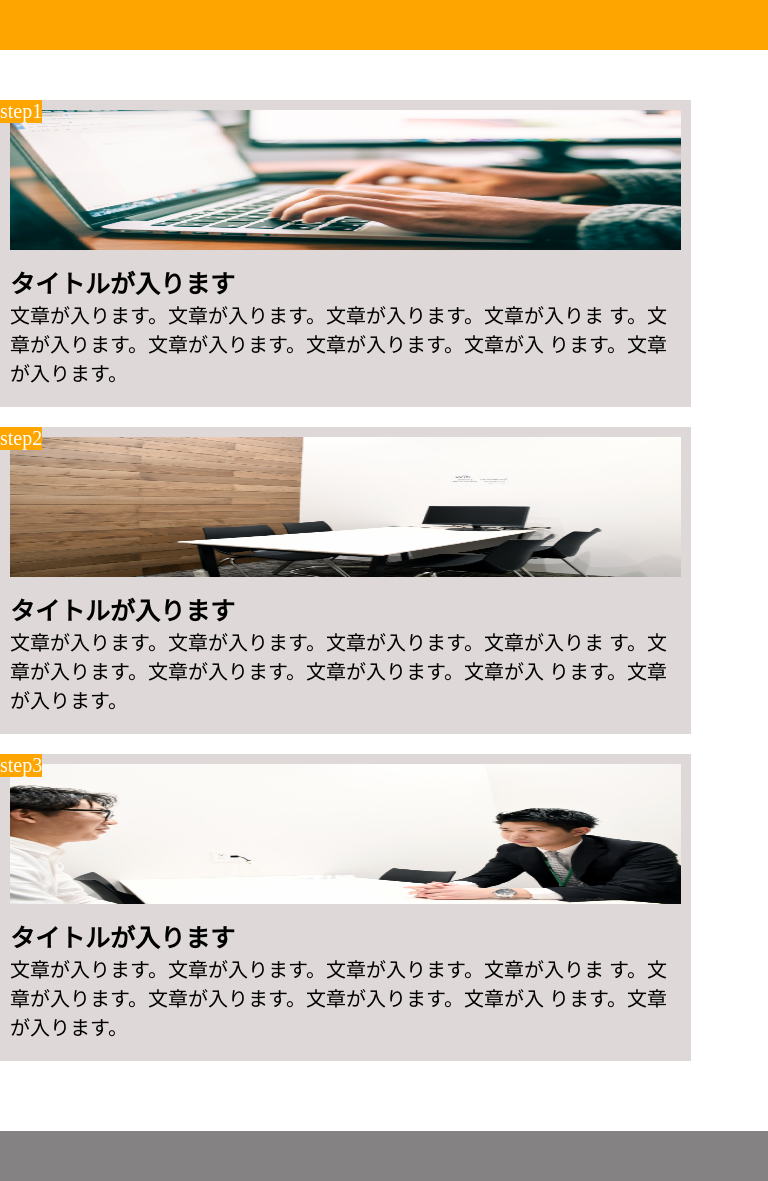
Repository: ishidaryu/ishidaryu
Page: HW/HW.html
The author's editor kept a record of every edit. The page is drawn from the files as they stood at one moment, then again after the next edit.
The browser window is 768 px wide. The pictures show the whole page.

Above is the page before.

### HW/HW.html
<!DOCTYPE html>
<html lang="ja">

  <head>
     <meta charset="UTF-8" />
     <link rel="stylesheet" href="HW.css" />
  </head>

  <body>

    <header></header>


    <main>
      <section class="blog">
        <div calss-="blog-box">

          <div class="blog-item">
            <div class="blog-box1">
              <img class="blog-image" src="flow01.png" />
              <p style="text-align:center">
                step1
              </p>
            </div>

              <section class="blog-text">
                <h3 class="blog-text-headimg">
                  <p class="blog-title">
                    タイトルが入ります
                  </p>
                </h3>
              <p class="blog-date">
                文章が入ります。文章が入ります。文章が入ります。文章が入りま
                す。文章が入ります。文章が入ります。文章が入ります。文章が入
                ります。文章が入ります。
                </p>
              </section>
            </div>

          <div class="blog-item">
            <div class="blog-box2">

              <img class="blog-image" src="flow02.png" />
               <p style="text-align:center">
                step2
               </p>
            </div>

                <section class="blog-text">
                  <h3 class="blog-text-headimg">
                    <p class="blog-title">
                      タイトルが入ります
                    </p>
                  </h3>
                <p class="blog-date">
                      文章が入ります。文章が入ります。文章が入ります。文章が入りま
                      す。文章が入ります。文章が入ります。文章が入ります。文章が入
                      ります。文章が入ります。
                </p>
                </section>
          </div>

          <div class="blog-item">
            <div class="blog-box3">
              <img class="blog-image" src="flow03.png" />
              <p style="text-align:center">
                step3
              </p>
            </div>
                <section class="blog-text">
                  <h3 class="blog-text-headimg">
                    <p class="blog-title">
                      タイトルが入ります
                    </p>
                </h3>
              <p class="blog-date">
                      文章が入ります。文章が入ります。文章が入ります。文章が入りま
                      す。文章が入ります。文章が入ります。文章が入ります。文章が入
                      ります。文章が入ります。
                </p>
                </section>
            </div>
        </section>
        </div>

    </main>


    <footer></footer>

  </body>
</html>

### HW/HW.css
* {
  margin: 0;
  padding: 0;
  box-sizing: border-box;

}



a {
  text-decoration: none;
}

header {
  width: 100%;
  height: 50px;
  background-color: orange;
}

main {
  width: 100%;
  display: flex;
  justify-content: center;
  margin: 0 auto;
  padding: 50px 0;
}

.blog {
  width: 90%;
 /* display: flex; */
}


.blog-box {
  display: flex;
  flex-warp: wrap;
  padding-top: 50px;
}

.blog-box1 {
  position: relative;
}

.blog-box1 p {
  position: absolute;
  color: white;
  top: 0;
  left: 0;
  margin: 0;
  background: orange;
  font-size: 20px;
}

.blog-box2 {
  position: relative;
}

.blog-box2 p {
  position: absolute;
  color: white;
  top: 0;
  left: 0;
  margin: 0;
  background: orange;
  font-size: 20px;
}

.blog-box3 {
  position: relative;
}

.blog-box3 p {
  position: absolute;
  color: white;
  top: 0;
  left: 0;
  margin: 0;
  background: orange;
  font-size: 20px;
}

.blog-item {
  padding-bottom: 10px;
  margin-bottom: 20px;
  display: inline-block;
  justify-content: flex-start;
  background-color: #dfd8d8;
}

.blog-image {
  width: 100%;
  height: 150px;
  padding: 10px 10px 0 10px;
}

.blog-text {
  padding: 10px;
}

.blog-text-heading {
  padding-bottom: 15px;
}

.blog-title {
  font-size: 25px;
}

.blog-date {
  font-size: 20px;
}


footer {
  width: 100%;
  height: 50px;
  background-color: #848282;
}


@media screen and (max-width: 768px) {

   main {
     display: block;
   }
     /*
  .blog-box {
    display: block;
  }

  .blog-image {
    width: 50%;
  }

  .blog-text {
    width: 50%;
    padding-top: 5px;
  } */


  @media screen and (max-width: 769px) {

  }

  @media screen and (max-width: 768px) {

   main {
     display: block;
   }
     /*
  .blog-box {
    display: block;
  }

  .blog-image {
    width: 50%;
  }

  .blog-text {
    width: 50%;
    padding-top: 5px;
  } */



}

After the next edit:
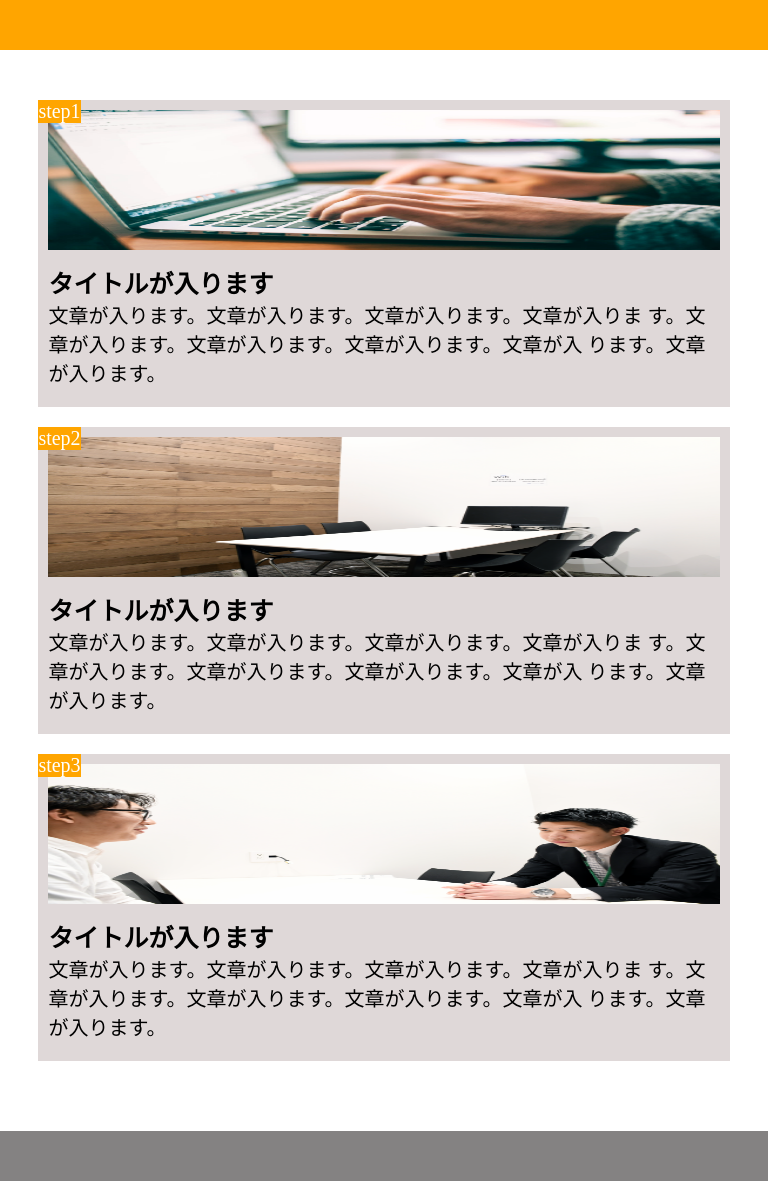
The edit:
--- a/HW/HW.css
+++ b/HW/HW.css
@@ -117,26 +117,6 @@
 }
 
 
-@media screen and (max-width: 768px) {
-
-   main {
-     display: block;
-   }
-     /*
-  .blog-box {
-    display: block;
-  }
-
-  .blog-image {
-    width: 50%;
-  }
-
-  .blog-text {
-    width: 50%;
-    padding-top: 5px;
-  } */
-
-
   @media screen and (max-width: 769px) {
 
   }
@@ -144,7 +124,7 @@
   @media screen and (max-width: 768px) {
 
    main {
-     display: block;
+     widh: 100%;
    }
      /*
   .blog-box {
